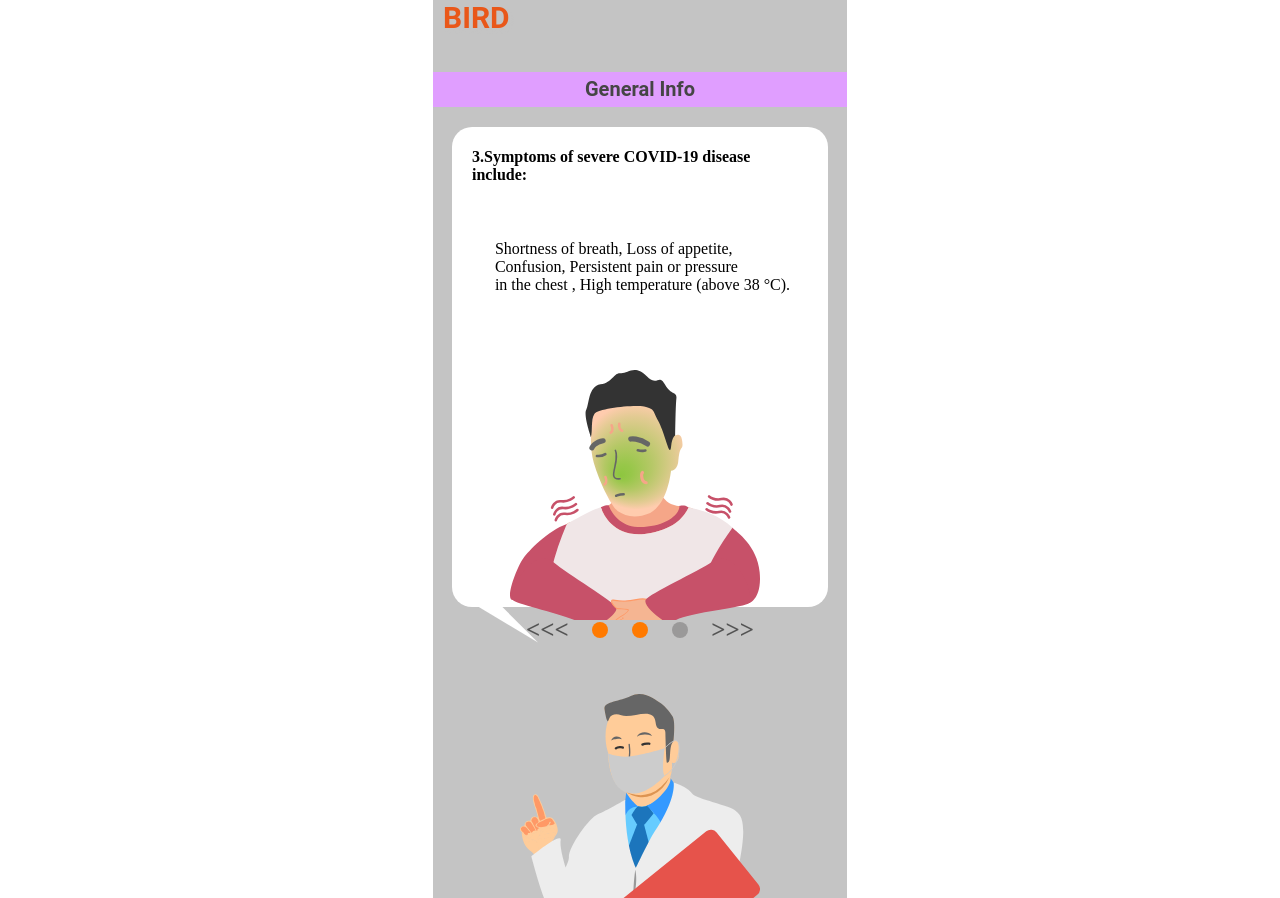
Repository: Levic559/BIRD
Page: General_info-3/4.html
An editor plug-in stored every save of this project. The page is shown before and after a run of saves, followed by the edit.
The browser window is 1280 px wide. The pictures show the whole page.

Above is the page before, as saved 2021-03-11 01:54:07.

### General_info-3/4.html
<!DOCTYPE html>
<html lang="en">
<head>
  <meta charset="UTF-8">
  <meta http-equiv="X-UA-Compatible" content="IE=edge">
  <meta name="viewport" content="width=device-width, initial-scale=1.0">
  <title>General Info 3-1</title>
  <link rel="stylesheet" href="../General_info_structure/mystyle.css">
</head>
<body>
  <div class="wrap">
    <div class="pages">
      <div class="header"></div>
      <div class="banner"></div>
      <div class="infographic">
        <h4 class="infographicQ">3.Symptoms of severe COVID‐19 disease include:

        </h4>
        <p class="infographicText2"><br>Shortness of breath,
          Loss of appetite,
          <br>Confusion,
         Persistent pain or pressure<br> in the chest ,
          <b></b>High temperature (above 38 °C).
        </p>
        <div class="infographicImg11">
          <img src="../assets/patient-sickly.svg">
        </div>
      </div>
      <div class="triangle">
        <img src="../assets/chat-triangle.svg" class="triangleimg">
      </div>
      <div class="BtnPages"></div>
      <div class="Speaker">
        <img src="../assets/doctor-hand.svg" onmouseover="HandleDoctorOn()"
        onmouseout="HandleDoctorOut()" class="doctor">
      </div>
    </div>
</div>
</body>
<script src="../comps/Logo/index.js"></script>
<script src="../comps/Banner/index.js"></script>
<script src="../comps/BtnPages/index.js"></script>
<script src="1.js"></script>
<script>
      function HandleDoctorOn ()
  {
    document.querySelector(".doctor").src ="../assets/doctor.svg"
    document.querySelector(".doctor").style.width = "100%"
    document.querySelector(".doctor").style.height = "100%"
  }
  function HandleDoctorOut ()
  {
    document.querySelector(".doctor").src ="../assets/doctor-hand.svg"
    document.querySelector(".doctor").style.width = ""
    document.querySelector(".doctor").style.height = ""

  }
</script>
</html>

### General_info_structure/mystyle.css
body {
  margin: 0;
  padding: 0;
}

.wrap{
  width: 100vw;
  height: 100vh;
  box-sizing: border-box;
  position: relative;
  display: flex;
  flex-direction: row;
}
.pages{
  margin: 0 auto;
  width: 414px;
  height: 898px;
  display: flex;
  flex-direction: column;
  background-color: #C4C4C4;
  overflow: hidden;
}
.header{
  width: 414px;
  height: 85px;
  padding-left: 10px;
}
.banner{
  width: 414px;
  height: 35px;
  margin: 0 ;
  padding: 0;
}
.bgcWhite{
  background-color: #fff;
}

.infographic {
  width: 376px;
  min-height: 480px;
  max-height: 480px;
  margin-top: 20px;
  background-color: white;
  border-radius: 20px;
  align-self: center;
  display: flex;
  flex-direction: column;
  align-items: center;
  justify-content: space-between;
}

.triangle {
  width: 70px;
  height: 70px;
  overflow: hidden;
  position: relative;
  left: 35px;
  bottom: 15px;
}

.triangleimg {
  width: 100%;
  height: 100%;
}

.BtnPages {
  align-self: center;
  position: relative;
  bottom: 50px;
}

.Speaker {
  width: 240px;
  height: 240px;
  overflow: hidden;
  align-self: center;
}
.head{
  color: #C4C4C4;
  position: absolute;
  margin-right: 170px;
  margin-top: 230px;

}
.head2{
  color: #C4C4C4;
  position: absolute;
  margin-right: 180px;
  margin-top: 430px;

}

.infographicImg{

  width: 300px;
  height: 200px;
  overflow: hidden;
  position: absolute;
  margin-top: 250px;
}
.infographicImg2{
  width: 35px;
  height: 35px;
  position: absolute;
  margin-top: 280px;
  margin-right: 255px;
  overflow: hidden;
}
.infographicImg3{
  width: 75px;
  height: 75px;
  position: absolute;
  margin-top: 300px;
  margin-right: 150px;
  overflow: hidden;
}
.infographicImg4{
  width: 30px;
  height: 30px;
  position: absolute;
  margin-top: 270px;
  margin-right: 60px;
  overflow: hidden;
}
.infographicImg5{
  width: 35px;
  height: 35px;
  position: absolute;
  margin-top: 360px;
  margin-right: 110px;
  overflow: hidden;
}
.infographicImg6{
  width: 75px;
  height: 75px;
  position: absolute;
  margin-top: 300px;
  margin-right: 200px;
  overflow: hidden;
}
.infographicImg7{
  width: 30px;
  height: 30px;
  position: absolute;
  margin-top: 250px;
  margin-right: 49px;
  overflow: hidden;
}
.infographicImg8{
  width: 250px;
  height: 250px;
  position: absolute;
  margin-top: 250px;
  margin-right: 10px;
  overflow: hidden;
}
.infographicImg9{
  width: 250px;
  height: 250px;
  position: absolute;
  margin-top: 243px;
  margin-right: 10px;
  overflow: hidden;
}
.infographicImg10{
  width: 250px;
  height: 250px;
  position: absolute;
  margin-top: 267px;
  margin-right: 10px;
  overflow: hidden;
}
.infographicImg11{
  width: 250px;
  height: 250px;
  position: absolute;
  margin-top: 243px;
  margin-right: 10px;
  overflow: hidden;
}


.infographicQ {
  padding-left: 20px;
  padding-right: 20px;
}

.infographicText {
  font-size: 30px;
  padding-left: 20px;
  padding-right: 20px;
}
.infographicText1{
  font-size: 15px;
  display: flex;
  position: absolute;
  margin-top: 100px;
  margin-right: 150px;
}
.infographicText2{
  position: relative;
  margin-bottom: 400px;
  margin-left: 5px;
}

### comps/Logo/index.js
function LogoUI(fontSize="84",fontWeight="700", Scolor="grey"){
  return`
  <div style="
  font-size:${fontSize}px;
  font-weight:${fontWeight};
  font-family: Roboto;
  position:absolute;
  color:#E95719;
  text-shadow:3px 3px 3px ${Scolor} ;
  transition: opactity 0.3s; left 0.5s;
  opacity:1;
  onmouseover="LogoUI.HandleMouseover(this)";
  onmouseout="LogoUI.HandleMouseout(this)";
  onclick="LogoUI.Handleclick(this)";
  >BIRD</div>

  `
}

LogoUI.HandleMouseover = (el) =>{
  el.style.opacity = 0.75;
}

LogoUI.HandleMouseout = (el) =>{
  el.style.opacity = 1;
}

LogoUI.Handleclick = (el) =>{
  el.style.top = "-20px";
  el.style.fontSize="550%";
}

// export  const Logo = LogoUI();

### comps/Banner/index.js
function BannerUI(text="Covid-19"){
  return`
  <div style="
  width:414px;
  height:35px;
  font-size:20px;
  line-height: 35px;
  text-align: center;
  font-weight:700;
  font-family: Roboto;
  background-color:#E09EFF;
  color:#454545;
  ">${text}</div>

  `
}

// export  const Banner = BannerUI();

### comps/BtnPages/index.js
function BtnPagesUI (circleTwo="#9A9999", circleThree="#9A9999", lastPage="../General_info_structure/General_info-1.html", nextPage="../General_info_structure/General_info-1.html")
{
    return`
        <div style="
            display: flex;
            flex-direction: row;
            max-width: 228px;
            min-width: 228px;
            justify-content: space-between;
            align-items: center;
        ">
            <div style="
                font-size: 25px;
                font-weight: bold;
                color: #545454;
                transition: text-shadow 0.3s;
            "
            onmouseover='BtnPagesUI.HandleMouseOver1(this)'
            onmouseout='BtnPagesUI.HandleMouseOut1(this)'
            onclick='window.location.href="${lastPage}"'
            > <<< </div>

            <div style="
                width: 16px;
                height: 16px;
                border-radius: 50%;
                background-color: #FF7A00;
                transition: border 0.3s;
            "
            onmouseover='BtnPagesUI.HandleMouseOver2(this)'
            onmouseout='BtnPagesUI.HandleMouseOut2(this)'
            onclick='window.location.href="../General_info-1/1.html"'
            ></div>
            <div style="
                width: 16px;
                height: 16px;
                border-radius: 50%;
                background-color: ${circleTwo};
                transition: border 0.3s;
            "
            onmouseover='BtnPagesUI.HandleMouseOver2(this)'
            onmouseout='BtnPagesUI.HandleMouseOut2(this)'
            onclick='window.location.href="../General_info-3/1.html"'
            ></div>
            <div style="
                width: 16px;
                height: 16px;
                border-radius: 50%;
                background-color: ${circleThree};
                transition: border 0.3s;
            "
            onmouseover='BtnPagesUI.HandleMouseOver2(this)'
            onmouseout='BtnPagesUI.HandleMouseOut2(this)'
            onclick='window.location.href="../General_info-5/1.html"'
            ></div>

            <div style ="
                font-size: 25px;
                font-weight: bold;
                color: #545454;
                transition: text-shadow 0.3s;
            "
            onmouseover='BtnPagesUI.HandleMouseOver1(this)'
            onmouseout='BtnPagesUI.HandleMouseOut1(this)'
            onclick='window.location.href="${nextPage}"'
            > >>> </div>
        </div>
    `
}

BtnPagesUI.HandleMouseOver1 = (el) => {
    el.style.textShadow = "0px 0px 3px black"
}

BtnPagesUI.HandleMouseOut1 = (el) => {
    el.style.textShadow = "0px 0px 0px #545454"
}

BtnPagesUI.HandleMouseOver2 = (el) => {
    el.style.border = " 2px solid #545454"
}
BtnPagesUI.HandleMouseOut2 = (el) => {
    el.style.border = " 0px solid #545454"
}



//export const BtnPages = BtnPagesUI()

### General_info-3/1.js
document.querySelector(".header").innerHTML += LogoUI(30,700, "#C4C4C4");
document.querySelector(".banner").innerHTML += BannerUI("General Info");
document.querySelector(".BtnPages").innerHTML += BtnPagesUI("#FF7A00", "#9A9999");

After the next 2 saves:
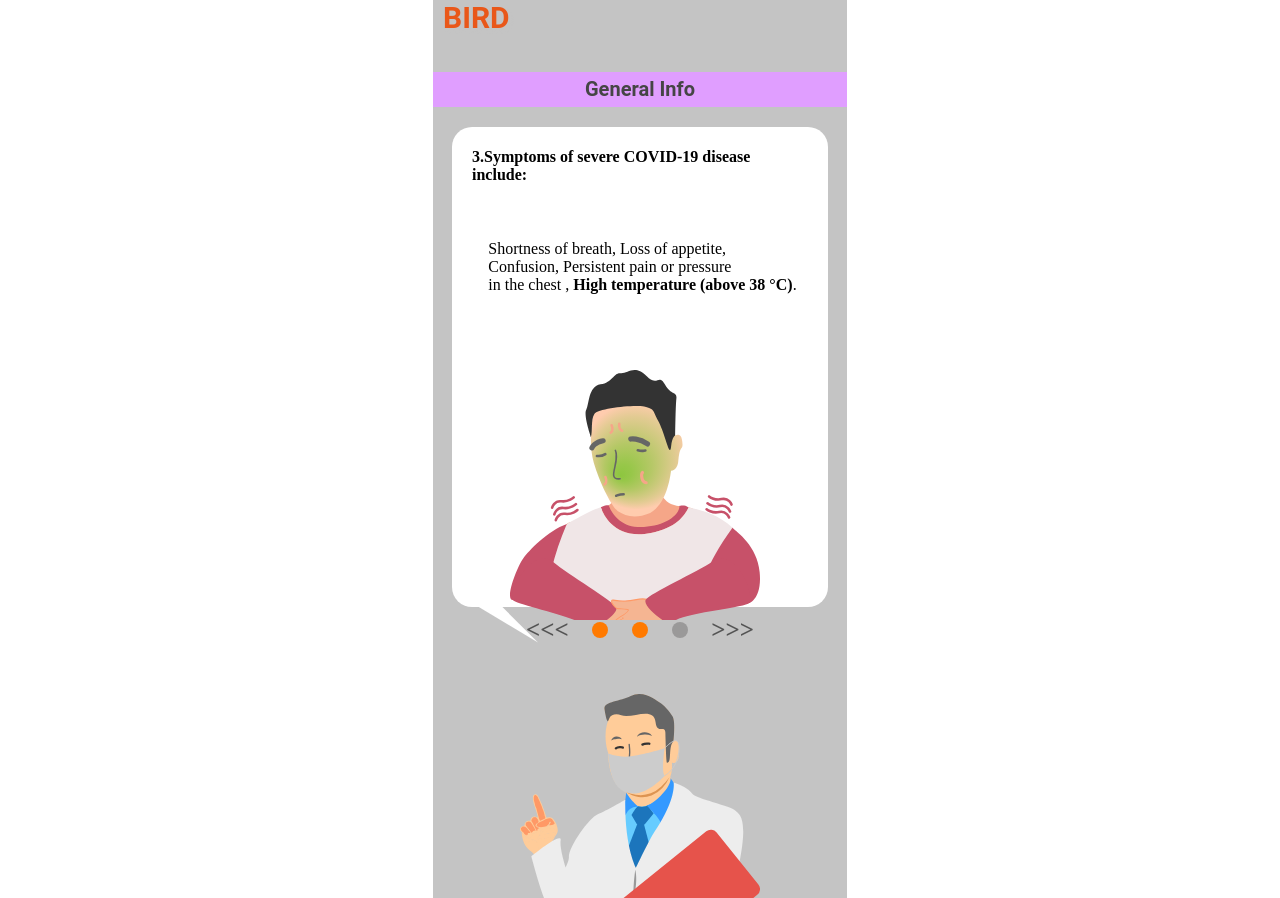
The 2 saves are shown as one change because they came seconds apart.
The last was saved 8 s later.
--- a/General_info-3/4.html
+++ b/General_info-3/4.html
@@ -20,7 +20,7 @@
           Loss of appetite,
           <br>Confusion,
          Persistent pain or pressure<br> in the chest ,
-          <b></b>High temperature (above 38 °C).
+          <b>High temperature (above 38 °C)</b>.
         </p>
         <div class="infographicImg11">
           <img src="../assets/patient-sickly.svg">
